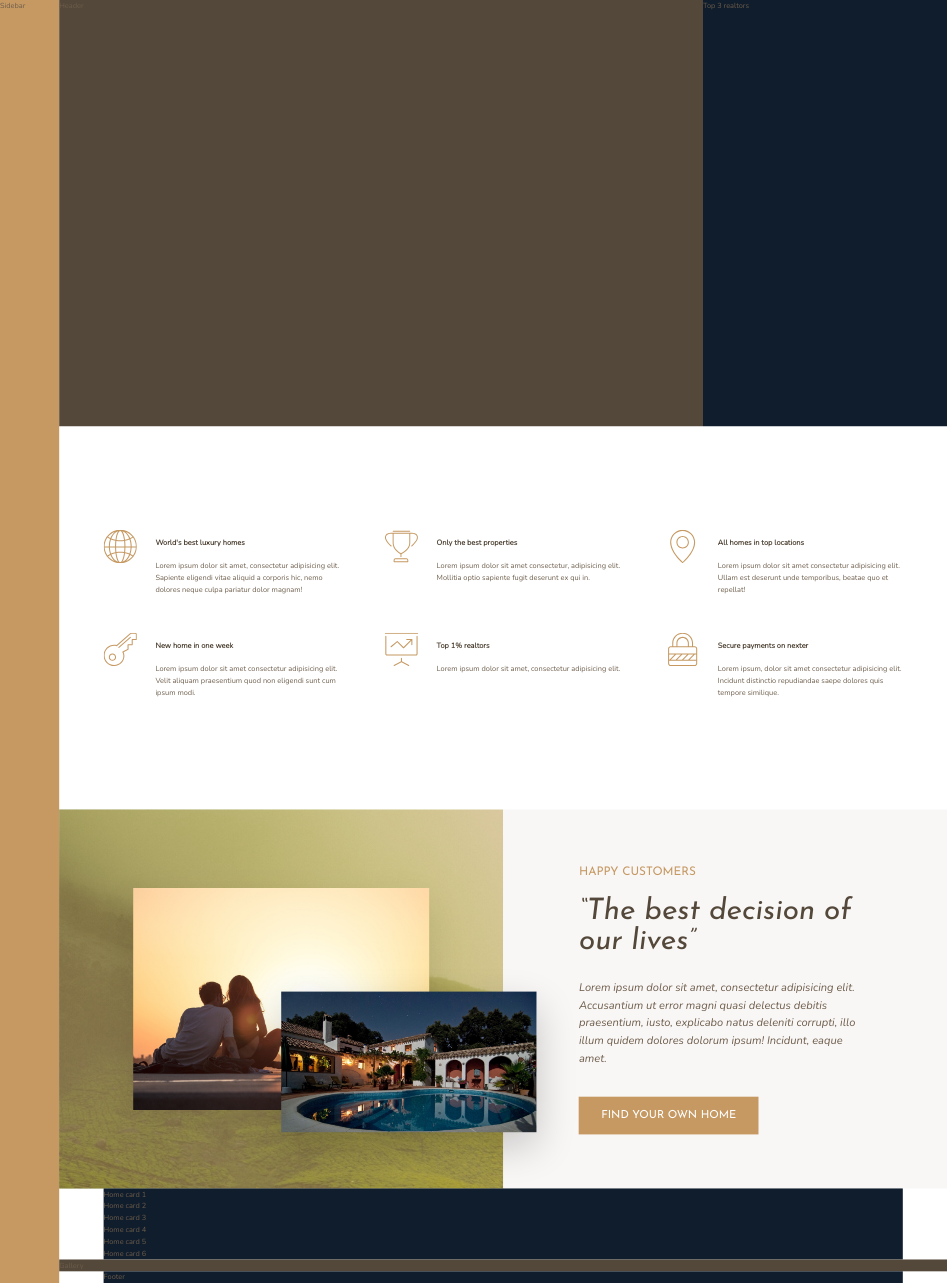
Repository: achwesiuk/nexter
Page: index.html
The author's editor kept a copy of each file at every save. The page is drawn from the files as they stood at one save, then again after the next save.
The browser window is 1280 px wide. The pictures show the whole page, at 74% of full size.
The style sheet was rebuilt from its Sass, Less or Tailwind sources for each picture, by a compiler version that may differ from the author's.

Above is the page before, as saved 2021-02-23 14:08:17.

### index.html
<!DOCTYPE html>
<html lang="en">
    <head>
        <meta charset="UTF-8">
        <meta name="viewport" content="width=device-width, initial-scale=1.0">
        <meta http-equiv="X-UA-Compatible" content="ie=edge">

        <link href="https://fonts.googleapis.com/css?family=Josefin+Sans:300,400,400i|Nunito:300,300i" rel="stylesheet">
        <link rel="stylesheet" href="css/style.css">
        <link rel="shortcut icon" type="image/png" href="img/favicon.png">

        <title>nexter &mdash; your home, your freedom</title>
    </head>
    <body class="container">
        <div class="sidebar">
            Sidebar
        </div>

        <header class="header">
            Header
        </header>

        <div class="realtors">
            Top 3 realtors
        </div>

        <section class="features">
            <div class="feature">
                <svg class="feature__icon">
                    <use xlink:href="img/sprite.svg#icon-global"></use>
                </svg>
                <h4 class="heading-4--dark">World's best luxury homes</h4>
                <p class="feature-text">Lorem ipsum dolor sit amet, consectetur adipisicing elit. Sapiente eligendi vitae aliquid a corporis hic, nemo dolores neque culpa pariatur dolor magnam!</p>
            </div>
            <div class="feature">
                <svg class="feature__icon">
                    <use xlink:href="img/sprite.svg#icon-trophy"></use>
                </svg>
                <h4 class="heading-4--dark">Only the best properties</h4>
                <p class="feature-text">Lorem ipsum dolor sit amet consectetur, adipisicing elit. Mollitia optio sapiente fugit deserunt ex qui in.</p>
            </div>
            <div class="feature">
                <svg class="feature__icon">
                    <use xlink:href="img/sprite.svg#icon-map-pin"></use>
                </svg>
                <h4 class="heading-4--dark">All homes in top locations</h4>
                <p class="feature-text">Lorem ipsum dolor sit amet consectetur adipisicing elit. Ullam est deserunt unde temporibus, beatae quo et repellat!</p>
            </div>
            <div class="feature">
                <svg class="feature__icon">
                    <use xlink:href="img/sprite.svg#icon-key"></use>
                </svg>
                <h4 class="heading-4--dark">New home in one week</h4>
                <p class="feature-text">Lorem ipsum dolor sit amet consectetur adipisicing elit. Velit aliquam praesentium quod non eligendi sunt cum ipsum modi.</p>
            </div>
            <div class="feature">
                <svg class="feature__icon">
                    <use xlink:href="img/sprite.svg#icon-presentation"></use>
                </svg>
                <h4 class="heading-4--dark">Top 1% realtors</h4>
                <p class="feature-text">Lorem ipsum dolor sit amet, consectetur adipisicing elit.</p>
            </div>
            <div class="feature">
                <svg class="feature__icon">
                    <use xlink:href="img/sprite.svg#icon-lock"></use>
                </svg>
                <h4 class="heading-4--dark">Secure payments on nexter</h4>
                <p class="feature-text">Lorem ipsum, dolor sit amet consectetur adipisicing elit. Incidunt distinctio repudiandae saepe dolores quis tempore similique.</p>
            </div>
        </section>

        <div class="story__pictures">
            <img src="img/story-1.jpeg" alt="Couple with new house" class="story__img--1">
            <img src="img/story-2.jpeg" alt="New house" class="story__img--2">
        </div>

        <div class="story__content">
            <h3 class="heading-3 mb-sm">Happy Customers</h3>
            <h2 class="heading-2 heading-2--dark mb-md">&ldquo;The best decision of our lives&rdquo;</h2>
            <p class="story__text">
                Lorem ipsum dolor sit amet, consectetur adipisicing elit. Accusantium ut error magni quasi delectus debitis praesentium, iusto, explicabo natus deleniti corrupti, illo illum quidem dolores dolorum ipsum! Incidunt, eaque amet.
            </p>
            <button class="btn">Find your own home</button>
        </div>

        <section class="homes">
            <div class="home">Home card 1</div>
            <div class="home">Home card 2</div>
            <div class="home">Home card 3</div>
            <div class="home">Home card 4</div>
            <div class="home">Home card 5</div>
            <div class="home">Home card 6</div>
        </section>

        <section class="gallery">
            Gallery
        </section>

        <footer>
            Footer
        </footer>
    </body>
</html>

### sass/main.scss
@import "base";
@import "typography";

@import "sidebar";
@import "header";
@import "realtors";
@import "features";
@import "story";
@import "homes";
@import "gallery";
@import "footer";

### sass/_base.scss
// COLOR VARIABLES
$color-primary: #c69963;
$color-primary-dark: #B28451;

$color-secondary: #101d2c;

$color-grey-light-1: #f9f7f6;
$color-grey-light-2: #aaa;

$color-grey-dark-1: #54483A;
$color-grey-dark-2: #6D5D4B;

// FONT VARIABLES
$font-primary: 'Nunito', sans-serif;
$font-display: 'Josefin Sans', sans-serif;

*,
*::before,
*::after {
    margin: 0;
    padding: 0;
    -webkit-box-sizing: inherit;
            box-sizing: inherit; //dziedziczy po HTML
}

html {
    -webkit-box-sizing: border-box;
            box-sizing: border-box;
    font-size: 62.5%; // 10px / 16px = 62.5% -> 1rem = 10px
}

body {
    font-family: $font-primary;
    color: $color-grey-dark-2;
    font-weight: 300;
    line-height: 1.6;
}

.container {
    display: grid;
    grid-template-rows: 80vh min-content 40vw repeat(3, min-content); // 1.wiersz - wysokość wiersza jest wartością procentową vh; jest to siatka jawna z jednym wierszem, pozostałe elementy będą dodane w siatce niejawnej (elementy, które nie mają miejsca w siatce jawnej)
    // 2. wiersz - wysokość wiersza uzależniona od zawartej w nim treści
    // 2. auto - domyślne, jeżeli nic nie będzie określone; również dopasowuje się do treści
    // 3. wiersz - wiersz uzależniony od szerokości układu (podczas zmiany szerokości widoku zmieniają się wymiary wiersza - zwęża się, rośnie)
    // 4, 5, 6 - wysokość wiersza uzależnione od jego zawartości
    grid-template-columns: [sidebar-start] 8rem [sidebar-end full-start] minmax(6rem, 1fr) [center-start] repeat(8, [col-start] minmax(min-content, 14rem) [col-end]) [center-end] minmax(6rem, 1fr) [full-end];
}

### sass/_typography.scss
%heading { //extended działa przeciwnie do mixin; selektory (heading-1 etc.) są kopiowane to selektora na górze
    font-family: $font-display;
    font-weight: 400;
}

.heading-1 {
    @extend %heading;
}

.heading-2 {
    @extend %heading;
    font-size: 4rem;
    font-style: italic;
    line-height: 1;

    &--light {color: $color-grey-light-1;}
    &--dark {color: $color-grey-dark-1;}
}

.heading-3 {
    @extend %heading;
    font-size: 1.6rem;
    color: $color-primary;
    text-transform: uppercase;
}

.heading-4 {
    @extend %heading;
    font-size: 1.9rem;

    &--light {color: $color-grey-light-1;}
    &--dark {color: $color-grey-dark-1;}
}

.btn {
    background-color: $color-primary;
    color: #fff;
    border: none;
    border-radius: 0; //z założenia przyciski mają ustawiony jakiś kąt
    font-family: $font-display;
    font-size: 1.5rem;
    text-transform: uppercase;
    padding: 1.8rem 3rem;
    cursor: pointer;

    transition: all .2s;

    &:hover {
        background-color: $color-primary-dark;
    }
}

.mb-sm {margin-bottom: 2rem;}
.mb-md {margin-bottom: 3rem;}
.mb-lg {margin-bottom: 4rem;}
.mb-hg {margin-bottom: 8rem;}

### sass/_sidebar.scss
.sidebar {
    background-color: $color-primary;
    grid-column: sidebar-start / sidebar-end;
    grid-row: 1 / -1;
}

### sass/_header.scss
.header {
    background-color: $color-grey-dark-1;
    grid-column: full-start / col-end 6;
}

### sass/_realtors.scss
.realtors {
    background-color: $color-secondary;
    grid-column: col-start 7 / full-end;
}

### sass/_features.scss
.features {
    grid-column: center-start / center-end;

    margin: 15rem 0;

    display: grid;
    //grid-template-columns: repeat(3, 1fr);
    grid-template-columns: repeat(auto-fit, minmax(25rem, 1fr));
    //grid-template-rows: auto auto; niepotrzebne, ponieważ wiersze i tak układają się w ten sposób
    grid-gap: 6rem;
    align-items: start;
}

.feature {

    display: grid;
    grid-template-columns: min-content 1fr; //min-content odnosi się do wymiarów ikony
    //nie trzeba określać wierszy, mają mieć wielkość zawartej w nich treści
    grid-row-gap: 1.5rem;
    grid-column-gap: 2.5rem;

    &__icon {
        fill: $color-primary;
        width: 4.5rem;
        height: 4.5rem;
        transform: translateY(-1rem);

        //grid-row: 1 / -1; // -1 oznacza koniec JAWNEJ SIATKI, a tutaj jest niejawna
        grid-row: -1 / span 2;
    }

    &__text {
        font-size: 1.7rem;
    }
}

### sass/_story.scss
.story {

    &__pictures {
        background-color: $color-primary;
        grid-column: full-start / col-end 4;
        background-image: linear-gradient(rgba($color-primary, .5), rgba($color-primary, .5)),  url(../img/back.jpg); //używam dwóch takich samych kolorów - kolor przechodzi z jednego koloru na drugi

        display: grid;
        grid-template-rows: repeat(6, 1fr);
        grid-template-columns: repeat(6, 1fr);

        align-items: center;
    }

    &__img--1 {
        width: 100%;
        grid-row: 2 / 6;
        grid-column: 2 / 6;
        box-shadow: 0 2rem 5rem rgba(#000, .1);
    }

    &__img--2 {
        width: 115%;
        grid-row: 4 / 6;
        grid-column: 4 / 7;
        z-index: 20;
        box-shadow: 0 2rem 5rem rgba(#000, .2);
    }

    &__content {
        background-color: $color-grey-light-1;
        grid-column: col-start 5 / full-end;

        padding: 6rem 8vw;

        /*
        display: flex;
        flex-direction: column;
        justify-content: center;
        align-items: flex-start;
        */

        display: grid;
        align-content: center;
        justify-items: start;
    }

    &__text {
        font-size: 1.5rem;
        font-style: italic;
        margin-bottom: 4rem;
    }
}

### sass/_homes.scss
.homes {
    background-color: $color-secondary;
    grid-column: center-start / center-end;

    grid-template-columns: repeat(auto-fit,minmax(25rem, 1fr));
}

### sass/_gallery.scss
.gallery {
    background-color: $color-grey-dark-1;
    grid-column: full-start / full-end;
}

### sass/_footer.scss
footer {
    background-color: $color-secondary;
    grid-column: center-start / center-end;
}

After the next save:
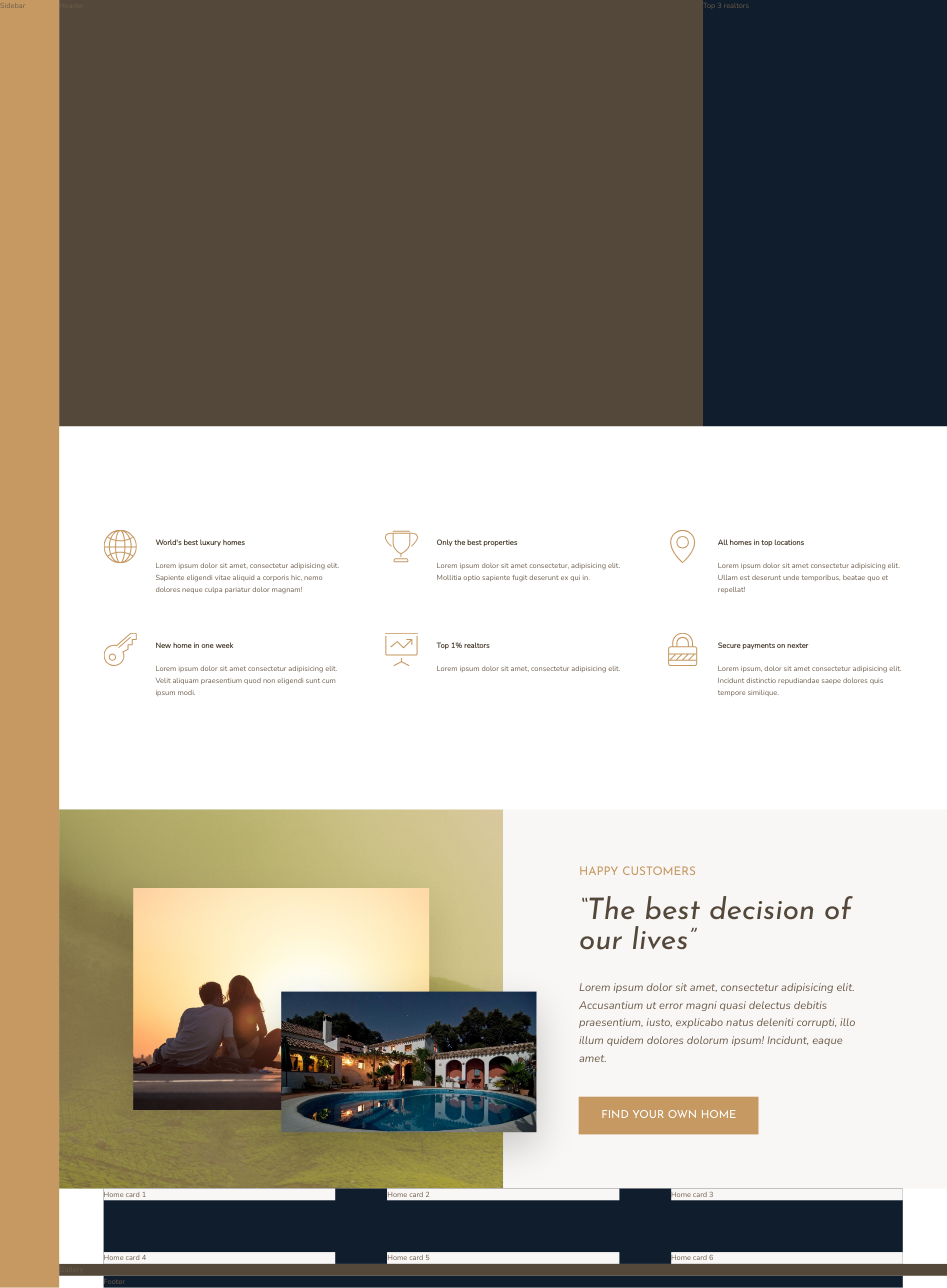
Saved 102 s later.
--- a/sass/_homes.scss
+++ b/sass/_homes.scss
@@ -2,5 +2,11 @@
     background-color: $color-secondary;
     grid-column: center-start / center-end;
 
+    display: grid;
     grid-template-columns: repeat(auto-fit,minmax(25rem, 1fr));
+    grid-gap: 7rem;
 }
+
+.home {
+    background-color: $color-grey-light-1;
+}
